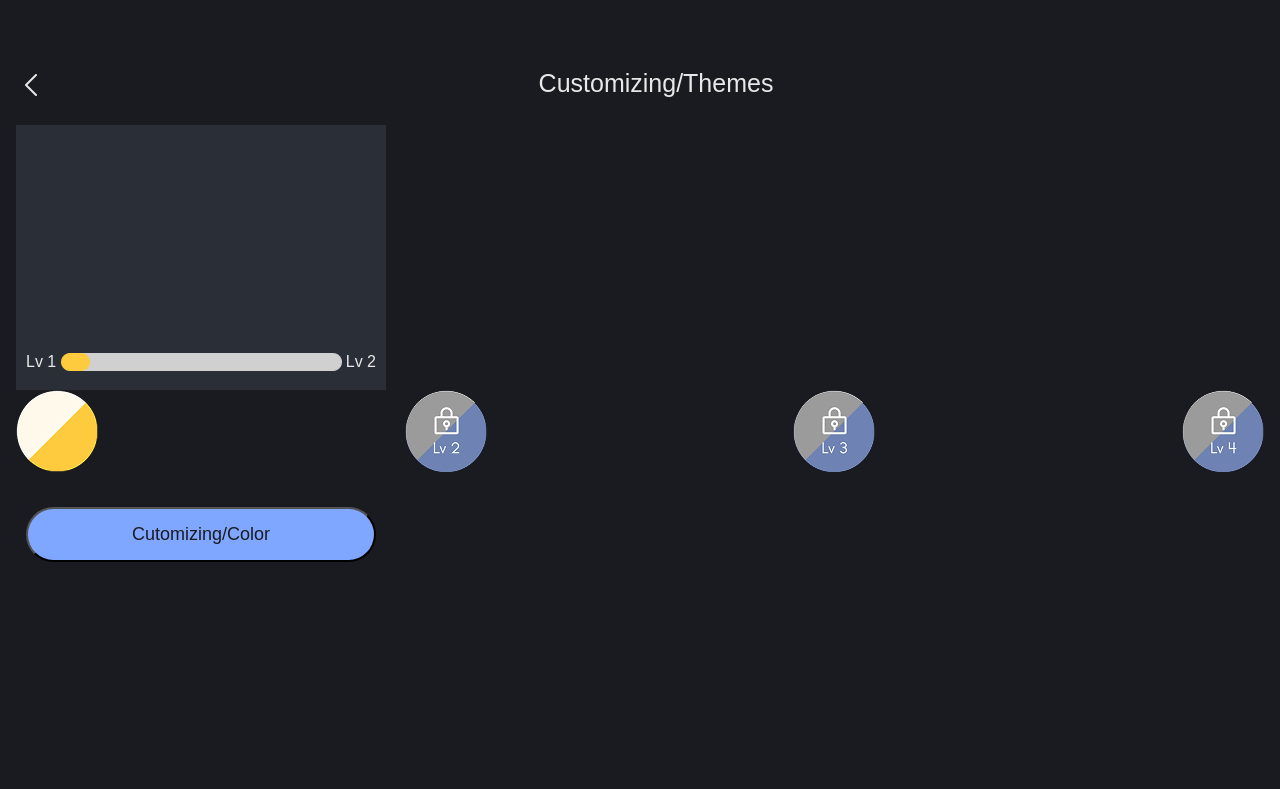
Repository: Crite-Spranberries/sleepixie_app
Page: /customizing
The author's editor kept a copy of each file at every save. The page is drawn from the files as they stood at one save, then again after the next save.
The browser window is 1280 px wide. The pictures show the whole page.
Pictures or frames that could not be fetched are drawn as grey boxes. Some web fonts or font styles are not loaded; a fallback is used. The project was rebuilt for these pictures with package versions that can differ from the ones it lists, and the page was loaded fresh each time. The framework's server and built-in components were replaced by stand-ins that run in the browser. Also part of the build but not shown: next.config.mjs.

Above is the page before, as saved 2025-05-12 12:07:27.

After the next save:
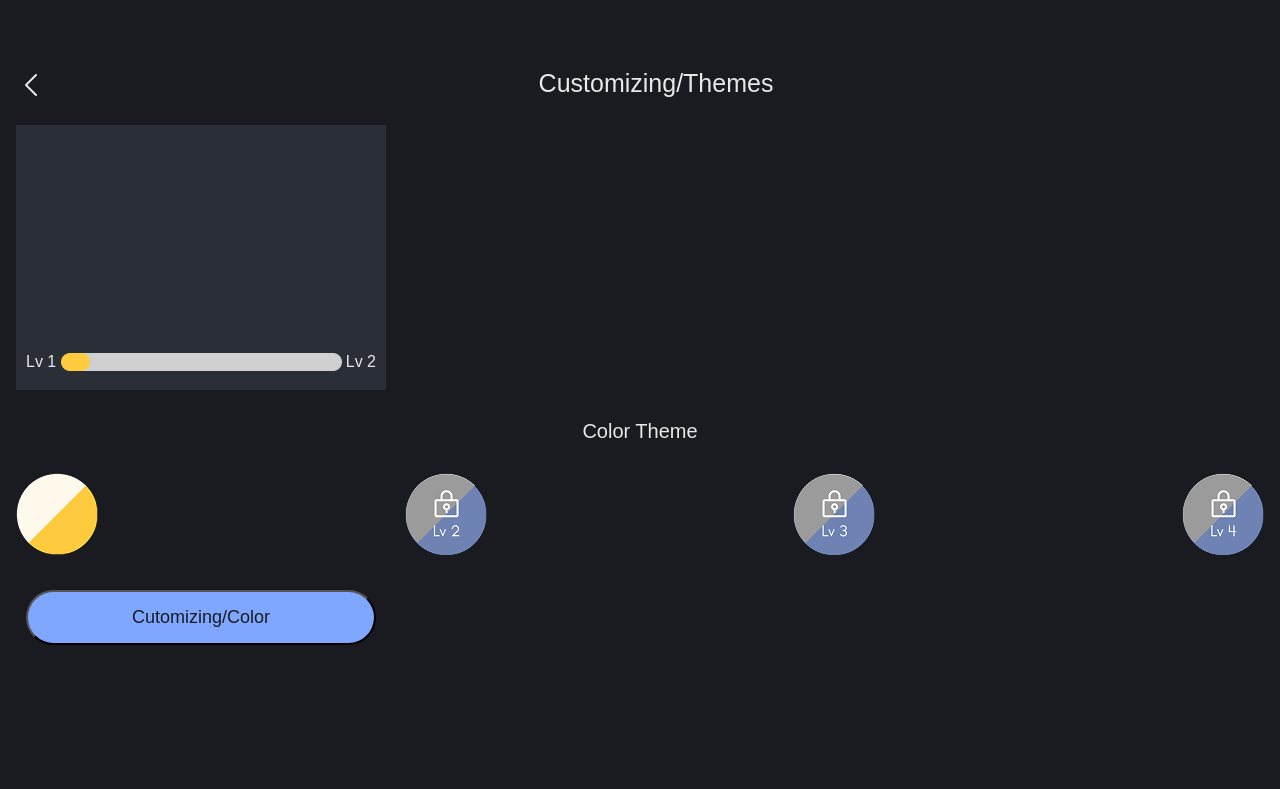
Saved 3 min 5 s later.
--- a/pages/customizing.js
+++ b/pages/customizing.js
@@ -10,6 +10,9 @@
     <div className="styles.customizingPage">
       <HeaderComponent pageName="Customizing/Themes" pageLink="/character" />
       <CharacterCard2 />
+      <div>
+        <p className="colorTheme">Color Theme</p>
+      </div>
       <div className="colorChipContainer">
         <Image
           src="/images/colorChip1.png"
